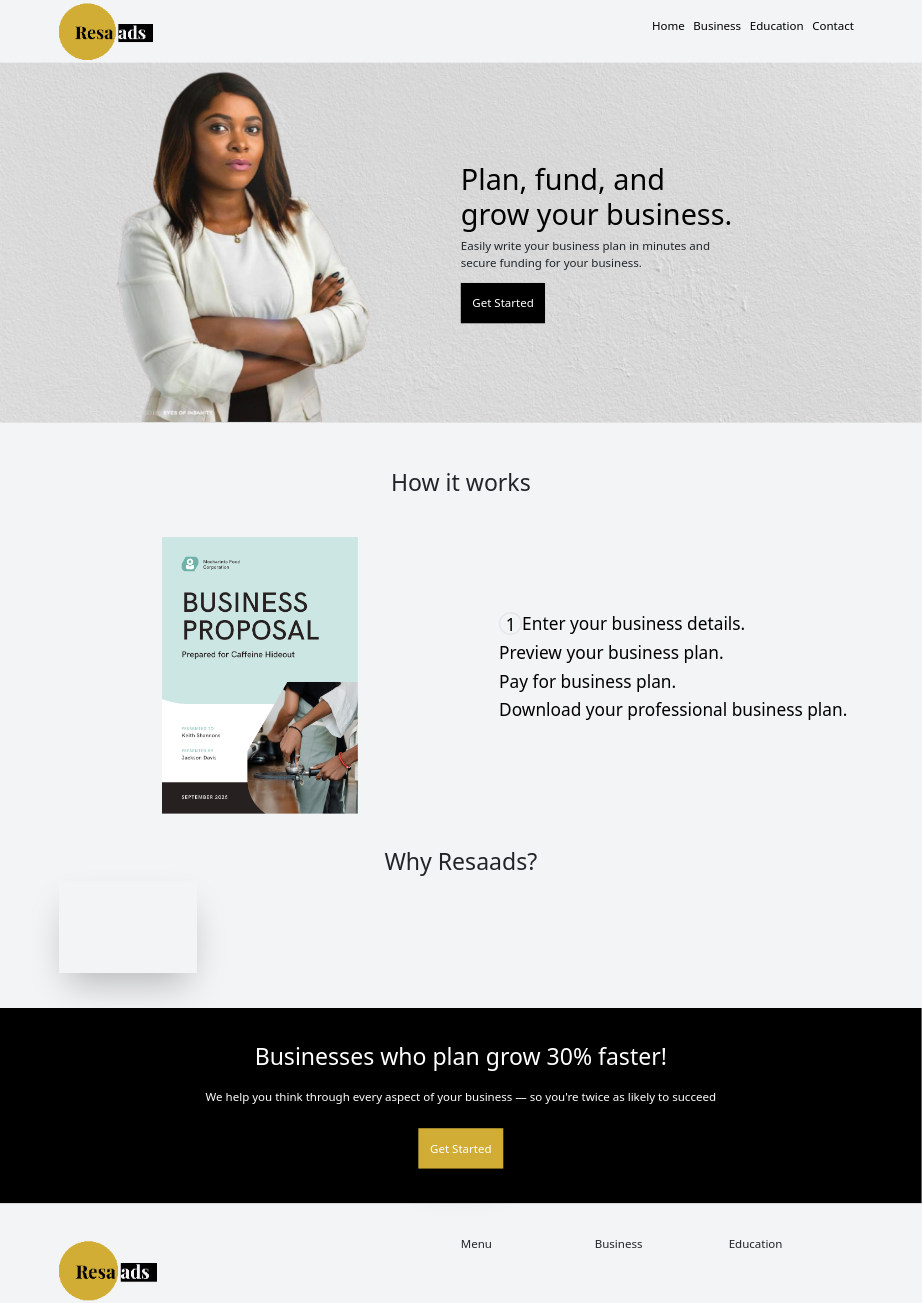
Repository: latenightsnacc/resaads-consults
Page: index.html
An editor plug-in stored every save of this project. The page is shown before and after the next save, followed by the edit.
The browser window is 1280 px wide. The pictures show the whole page, at 72% of full size.
Some web libraries are served in a nearby version.

Above is the page before, as saved 2021-08-05 12:13:31.

### index.html
<!DOCTYPE html>
<html lang="en">
<head>
    <meta charset="UTF-8">
    <meta http-equiv="X-UA-Compatible" content="IE=edge">
    <meta name="viewport" content="width=device-width, initial-scale=1.0">
    <!--Tailwind Css-->
    <link href="https://unpkg.com/tailwindcss@^2/dist/tailwind.min.css" rel="stylesheet">
    <!--Bootstrap CSS-->
    <link href="https://cdn.jsdelivr.net/npm/bootstrap@5.0.0-beta3/dist/css/bootstrap.min.css" rel="stylesheet" integrity="sha384-eOJMYsd53ii+scO/bJGFsiCZc+5NDVN2yr8+0RDqr0Ql0h+rP48ckxlpbzKgwra6" crossorigin="anonymous">
    <!--Font Awesome 5 CDN-->
    <link href="https://cdnjs.cloudflare.com/ajax/libs/font-awesome/5.13.0/css/all.min.css" rel="stylesheet">
    <!--Material Icons-->
    <link href="https://fonts.googleapis.com/css?family=Material+Icons|Material+Icons+Outlined|Material+Icons+Two+Tone|Material+Icons+Round|Material+Icons+Sharp" rel="stylesheet">
    <!--Google Font-->
    <link rel="preconnect" href="https://fonts.gstatic.com">
    <link href="https://fonts.googleapis.com/css2?family=Archivo:wght@400;700&display=swap" rel="stylesheet">
    <!--Page Title-->
    <title>Resaads Consults</title>

    <style>
        .primary-bg {
            background-color: #d2ad35 ;
        }
        a.primary:hover {
            color: #d2ad35;
            font-weight: 500;
        }
        #banner {
            background-image: url('assets/images/pexels-lorenzo-242236.jpg');
            background-size: cover;
        }

    </style>
</head>
<body class="bg-gray-100">
    <header class="container">
        <nav class="flex flex-row w-full justify-between items-center">
            <a href="index.html" class="w-36">
                <img src="assets/logos/Logo-150px-removebg-preview.png" alt="" class="w-full">
            </a>
            <ul class="flex flex-row">
                <li class="mr-3">
                    <a href="index.html" class="text-black no-underline primary">Home</a>
                </li>
                <li class="mr-3">
                    <a href="" class=" text-black no-underline primary">Business</a>
                </li>
                <li class="mr-3">
                    <a href="" class=" text-black no-underline primary">Education</a>
                </li>
                <li class="mr-3">
                    <a href="" class="text-black no-underline primary">Contact</a>
                </li>
            </ul>
        </nav>
    </header>
    <main>
        <section id="banner">
            <div class="container">
                <div class="flex flex-row">
                    <div class="w-1/2">
                        <img src="assets/images/Front-Banner-removebg-preview.png" alt="">
                    </div>
                    <div class="w-1/2 flex flex-col justify-center items-start">
                        <h1 class="text-black fontbold">
                            Plan, fund, and
                            <br/><span>grow your business.</span>
                        </h1>
                        <p>Easily write your business plan in minutes and <br/>secure funding for your business. </p>
                        <a href="#" class="">
                            <button class="bg-black text-white p-3">Get Started</button>
                        </a>
                    </div>
                </div>
            </div>
        </section>
        <!--Spacer-->
        <div class="my-5"></div>
        <section id="how-it-works">
            <div class="container">
                <h2 class="text-center pt-3 pb-5">How it works</h2>
                <div class="flex flex-row">
                    <div class="w-1/2">
                        <div class="flex justify-center h-96">
                            <img class="h-full" src="assets/images/Businessplan.png" alt="">
                        </div>

                    </div>
                    <div class="w-1/2 ">
                        <div class="flex h-full flex-col items-center justify-center">
                            <ol class="text-2xl">
                                <li class="mb-2 text-black flex flex-row ">
                                    <span class="d-block w-8 h-8 border-2 rounded-full text-center pb-3">1</span><span>Enter your business details.</span>
                                </li>
                                <li class="mb-2 text-black">Preview your business plan.</li>
                                <li class="mb-2 text-black">Pay for business plan.</li>
                                <li class="mb-2 text-black">Download your professional business plan.</li>
                            </ol>
                        </div>
                    </div>
                </div>
            </div>
        </section>
        <!--Spacer-->
        <div class="my-5"></div>
        <section id="why-resaads">
            <div class="container">
                <h2 class="text-center">Why Resaads?</h2>
                <div class="flex flex-row">
                    <div class="w-1/3">
                        <div class="relative w-48 h-32 shadow-2xl"></div>
                    </div>
                    <div class="w-1/3"></div>
                    <div class="w-1/3"></div>
                </div>
            </div>
        </section>
        <!--Spacer-->
        <div class="my-5"></div>
        <section class="bg-black text-white py-5">
            <div class="container">
                <h2 class="text-center">Businesses who plan grow 30% faster!</h2>
                <div class="flex flex-col items-center">
                    <p class="text-center py-3">We help you think through every aspect of your business — so you're twice as likely to succeed</p>
                    <a href="#" class="">
                        <button class="primary-bg text-white p-3 shadow-2xl">Get Started</button>
                    </a>
                </div>
            </div>
        </section>
    </main>
    <!--Spacer-->
    <div class="my-5"></div>
    <footer>
        <div class="container">
            <div class="flex flex-row">
                <div class="w-1/2">
                    <a href="index.html" class="w-36">
                        <img src="assets/logos/Logo-150px-removebg-preview.png" alt="" class="" data-title="Photo by Kampus Production from Pexels">
                    </a>
                </div>
                <div class="w-1/2">
                    <div class="flex flex-row">
                        <div class="w-1/3">
                            <h6>Menu</h6>
                        </div>
                        <div class="w-1/3">
                            <h6>Business</h6>
                        </div>
                        <div class="w-1/3">
                            <h6>Education</h6>
                        </div>
                    </div>
                </div>
            </div>
        </div>
    </footer>
</body>
</html>

After the next save:
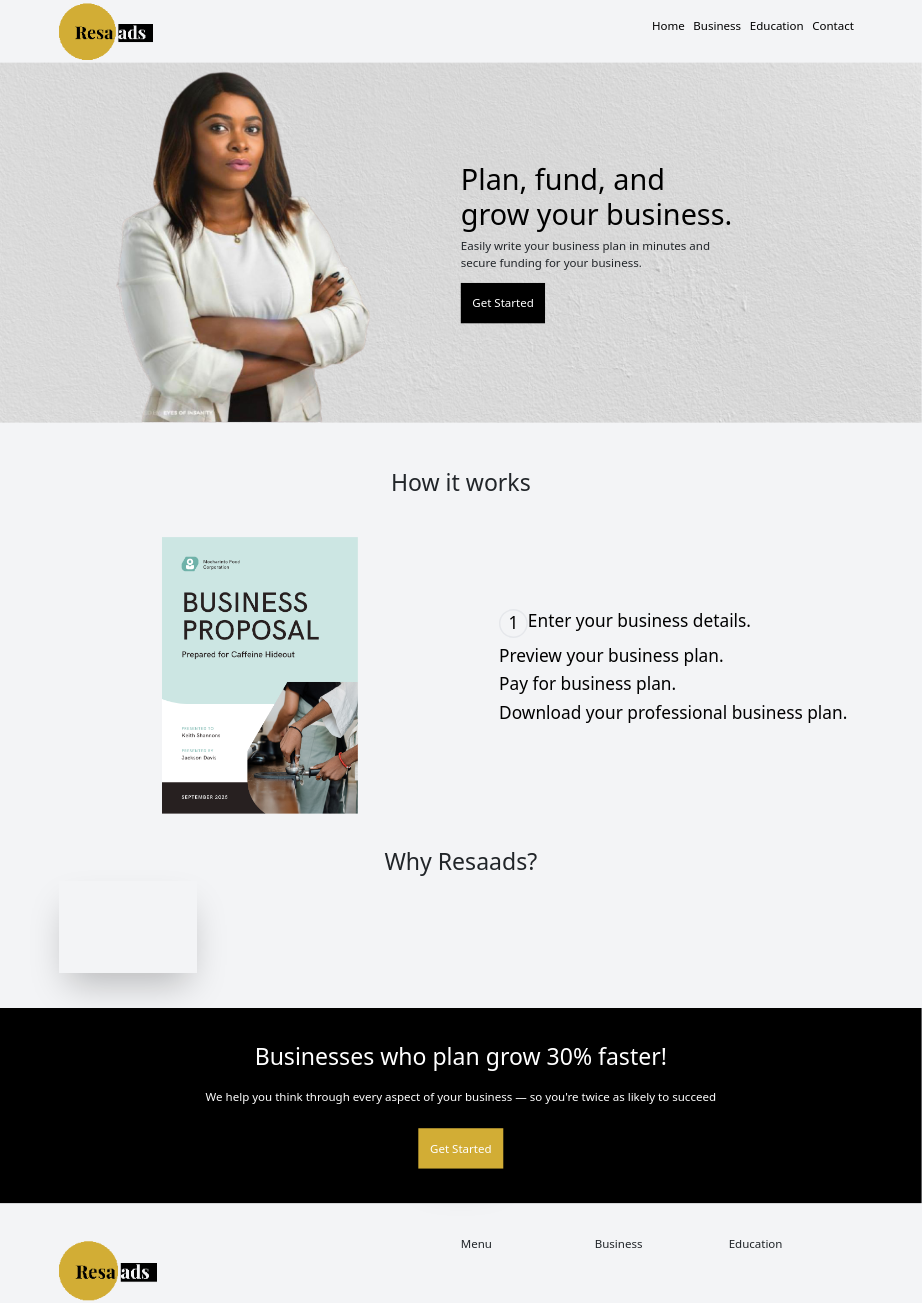
Saved 8 s later.
--- a/index.html
+++ b/index.html
@@ -91,7 +91,7 @@
                         <div class="flex h-full flex-col items-center justify-center">
                             <ol class="text-2xl">
                                 <li class="mb-2 text-black flex flex-row ">
-                                    <span class="d-block w-8 h-8 border-2 rounded-full text-center pb-3">1</span><span>Enter your business details.</span>
+                                    <span class="d-block w-10 h-10 border-2 rounded-full text-center pb-3">1</span><span>Enter your business details.</span>
                                 </li>
                                 <li class="mb-2 text-black">Preview your business plan.</li>
                                 <li class="mb-2 text-black">Pay for business plan.</li>
